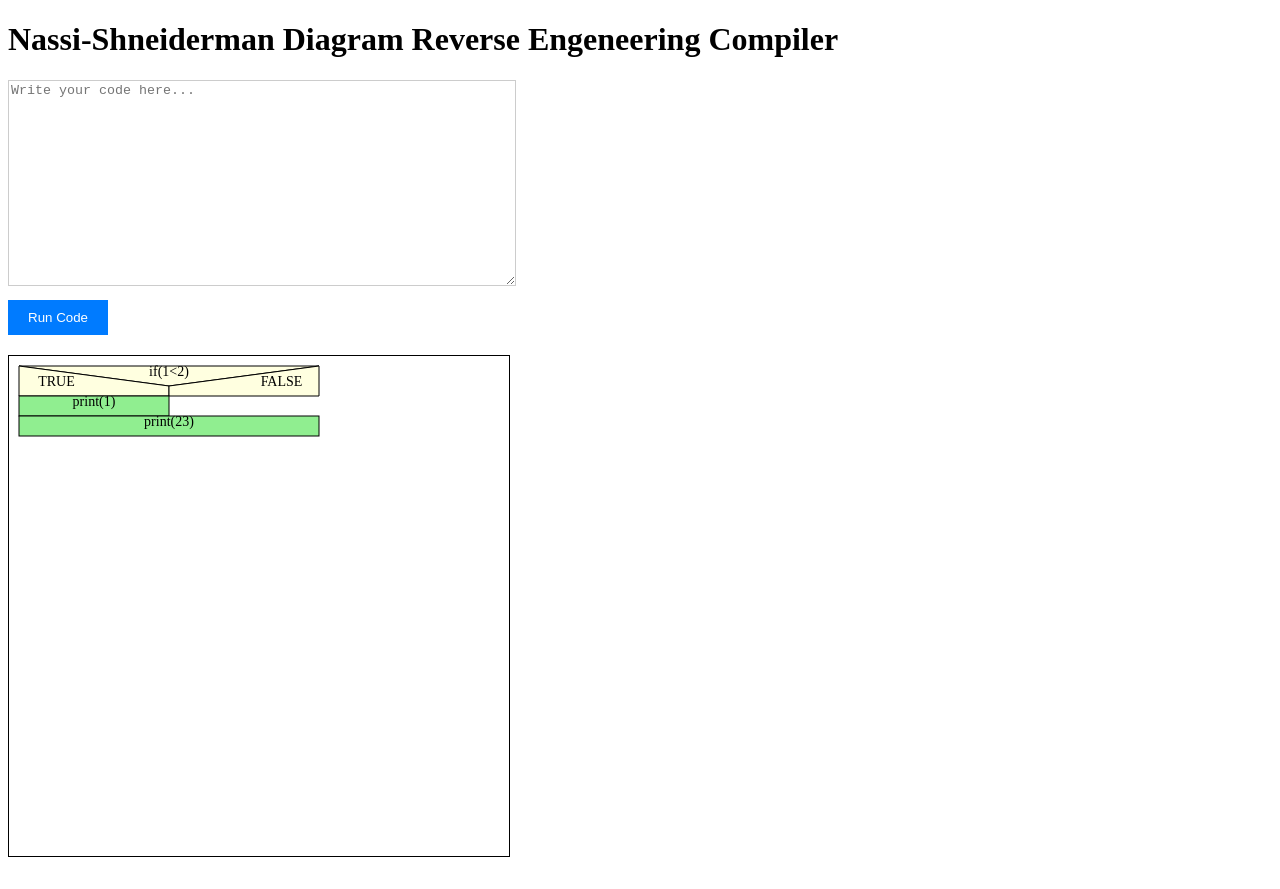
Repository: fabsch225/Nassi-Shneiderman-Compiler
Page: demo.html
These files come from the project's save history. The page is drawn as it stood at one moment and after the next save; the edit follows.
The browser window is 1280 px wide. The pictures show the whole page.

Above is the page before, as saved 2024-05-15 23:47:23.

### demo.html
<!DOCTYPE html>
<html lang="en">
<head>
<meta charset="UTF-8">
<meta name="viewport" content="width=device-width, initial-scale=1.0">
<title>Nassi-Shneiderman Diagram Sequence</title>
<script src="src/nassi_svg_api.js"></script>
<script src="src/compiler.js"></script>
<script src="src/converter.js"></script>
<style>
    svg {
        border: 1px solid black;
        margin: 20px auto;
        width: 500px;
        height: 500px;
    }
    #code-block {
        width: 100%;
        height: 200px;
        border: 1px solid #ccc;
        margin-bottom: 10px;
        resize: vertical;
    }

    #code-button {
        padding: 10px 20px;
        background-color: #007bff;
        color: #fff;
        border: none;
        cursor: pointer;
    }
    #container {
        display: inline-block;
        vertical-align: top; /* Align elements from the top */
    }
</style>
</head>
<body>
<h1>Nassi-Shneiderman Diagram Reverse Engeneering Compiler</h1>
<div id="container">
<div>
<textarea id="code-block" placeholder="Write your code here..."></textarea><br>
<button id="code-button" onclick="runCode()">Run Code</button>
</div>
<svg id="canvas" ></svg>
</div>
<script>
    var svgContainer = document.getElementById('canvas');


    //Manual creation of a Nassi-Shneiderman diagram
    /*svgContainer.innerHTML += createSequenceBlock(10, 10, 300, 50, "Start").svgAppendix;
    var block = createDecisionBlock(10, 60, 300, 100, "Was ist Schwerer", "1 Kg Federn", "1 Kg Gold");
    svgContainer.innerHTML += block.svgAppendix;
    var bounds1 = block.children[0];
    var bounds2 = block.children[1];
    var option1 = createSequenceBlock(bounds1.start_x, bounds1.start_y, bounds1.width, bounds1.height, "Das ist richtig");
    var option2 = createSequenceBlock(bounds2.start_x, bounds2.start_y, bounds2.width, bounds2.height, "Das ist richtig");
    svgContainer.innerHTML += option1.svgAppendix;
    svgContainer.innerHTML += option2.svgAppendix;*/

    // Example usage:
    const code = `
        if (1 < 2) {
            print(1)
        }
        print(23)
    `;
    var svg = convert(10, 10, 300, 50, lex_front(code));
    svgContainer.innerHTML += svg;
</script>
</body>
</html>

### src/nassi_svg_api.js
function createStartEndBlock(x, y, width, height) {
    var h = 20;
    var svgAppendix =  `<rect x="${x}" y="${y}" width="${width}" height="${h}" stroke="black" fill="lightblue" />
        <text x="${x + width / 2}" y="${y + height / 2}" font-size="14px" fill="black" text-anchor="middle">Start</text>`;
    svgAppendix +=  `<rect x="${x}" y="${y + height - h}" width="${width}" height="${h}" stroke="black" fill="lightblue" />
        <text x="${x + width / 2}" y="${y + height / 2}" font-size="14px" fill="black" text-anchor="middle">End</text>`;
    var child = {start_x: x, start_y: y + h, width: width, height: height - 2 * h};

    return {svgAppendix: svgAppendix, children: [child]};
}

function createSequenceBlock(x, y, width, height, content) {
    svgAppendix = `<rect x="${x}" y="${y}" width="${width}" height="${height}" stroke="black" fill="lightgreen" />
        <text x="${x + width / 2}" y="${y + height / 2}" font-size="14px" fill="black" text-anchor="middle">${content}</text>`;
    return {svgAppendix: svgAppendix, children: []};
}

function createDecisionBlock(x, y, width, height, question, answerA, answerB) {
    var h = 20;
    var h_extra = h / 2;
    svgAppendix = `<polygon points="${x},${y} ${x + width},${y} ${x + width / 2},${y + h}" stroke="black" fill="lightyellow" />
        <polygon points="${x},${y} ${x},${y + h + h_extra} ${x + width / 2},${y + h + h_extra} ${x + width / 2},${y + h}" stroke="black" fill="lightyellow" />
        <polygon points="${x + width},${y} ${x + width},${y + h + h_extra} ${x + width / 2},${y + h + h_extra} ${x + width / 2},${y + h}" stroke="black" fill="lightyellow" />
        <text x="${x + width / 2}" y="${y + h / 2}" font-size="14px" fill="black" text-anchor="middle">${question}</text>
        <text x="${x + 7 * width / 8}" y="${y + h}" font-size="14px" fill="black" text-anchor="middle">${answerB}</text>
        <text x="${x + width / 8}" y="${y + h}" font-size="14px" fill="black" text-anchor="middle">${answerA}</text>`;

    childA = {start_x: x, start_y: y + h + h_extra, width: width / 2, height: height - h - h_extra};
    childB = {start_x: x + width / 2, start_y: y + h + h_extra, width: width / 2, height: height - h - h_extra};

    return {svgAppendix: svgAppendix, children: [childA, childB]};
}

// TODO: function createSwitchCaseBlock
// more...

### src/compiler.js
const tokens = ['if']
const branchers = ['{', '}']
const brackets = ['(', ')']

//
// 0: function call
// 1: ifs
// 2: ifs and else

function is_token(s) {
    return tokens.includes(s)
}

function is_token_prefix(s) { //maybe not the correct def of prefix
    if (is_token(s)) {
        return false
    }
    for (let i = 0; i < tokens.length; i++) {
        if (tokens[i].startsWith(s)) {
            return true
        }
    }
    return false
}

function get_arguments(s, i) {
    if (s[i] !== brackets[0]) {
        console.log(s[i])
        throw new Error('Expected (')
    }
    let arguments = ''
    let next_char = ''
    i += 1
    while (next_char !== brackets[1]) {
        arguments += s[i]
        i++
        next_char = s[i]
    }
    return {args: arguments, index: i + 1}
}

function lex_front(s) {
    return lex_back(s.replace(/\s/g, ''));
}

function lex_back(s) {
    console.log("Compiling: " + s)
    let i = 0
    let current_token = ''
    let tokens = []
    while (i < s.length) {
        while (is_token_prefix(current_token)) {
            current_token += s[i]
            i++
        }
        if (is_token(current_token)) {
            if (current_token === 'if') {
                var type = 1
                var branches = []
                var arguments = []

                var current_arguments = get_arguments(s, i)
                i = current_arguments.index

                console.log(current_arguments.args)

                if (s[i] !== branchers[0]) {
                    console.log(s[i])
                    throw new Error('Expected {')
                }
                i += 1
                var branch = ''
                var next_char = ''
                while (next_char !== branchers[1]) {
                    if (i > s.length) {
                        throw new Error('Expected }')
                    }
                    branch += s[i]
                    i++
                    next_char = s[i]
                }
                i += 1
                branches.push(lex_back(branch))
                arguments.push(current_arguments.args)

                while (s.substring(i, i + 6) === 'elseif') {
                    i += 6
                    var current_arguments = get_arguments(s, i)
                    i = current_arguments.index
                    if (s[i] !== branchers[0]) {
                        throw new Error('Expected {')
                    }
                    i += 1
                    var branch = ''
                    var next_char = ''
                    while (next_char !== branchers[1]) {
                        if (i > s.length) {
                            throw new Error('Expected }')
                        }
                        branch += s[i]
                        i++
                        next_char = s[i]
                    }
                    i += 1

                    branches.push(lex_back(branch))
                    arguments.push(current_arguments.args)
                }
                if (s.substring(i, i + 4) === 'else') {
                    type = 2
                    i += 4
                    i += 1
                    var branch = ''
                    var next_char = ''
                    while (next_char !== branchers[1]) {
                        if (i > s.length) {
                            throw new Error('Expected }')
                        }
                        branch += s[i]
                        i++
                        next_char = s[i]
                    }
                    i += 1
                    branches.push(lex_back(branch))
                }

                tokens.push({
                    type: type,
                    name: current_token,
                    arguments: arguments,
                    branches: branches
                })
            }
        }
        else {
            while (s[i] != brackets[0]) {
                if (i > s.length) {
                    throw new Error('Expected (')
                }
                current_token += s[i]
                i++
            }
            var current_arguments = get_arguments(s, i)
            i = current_arguments.index
            tokens.push({
                type: 0,
                name: current_token,
                arguments: [current_arguments.args],
                branches: []
            })
        }
        current_token = ''
    }
    return tokens
}

### src/converter.js
function convert(x, y, width, height, tree) {
    console.log("Converting ", tree)
    let svgAppendix = ''
    //let h = height / tree.length
    let current_y = y
    for (let block of tree) {
        let h = getHeight(block)
        if (block.type == 0) { // sequential statement - function call
            svgAppendix += createSequenceBlock(x, current_y, width, h, block.name + '(' + block.arguments[0] + ')').svgAppendix
            current_y += h
        }
        else if (block.type == 1) { //ifs
            if (block.branches.length != 1) {
                throw new Error('Expected 1 branches, Nassi-Shneiderman diagrams only support single IF or one IF-ELSE statement')
            }
            var sub_block = createDecisionBlock(x, current_y, width, h, block.name + '(' + block.arguments[0] + ')', "TRUE", "FALSE");
            svgAppendix += sub_block.svgAppendix;
            var bounds1 = sub_block.children[0];
            svgAppendix += convert(bounds1.start_x, bounds1.start_y, bounds1.width, bounds1.height, block.branches[0]);
            current_y += h
        }
        else if (block.type == 2) { //ifs and else

        }
    }
    return svgAppendix
}

function getHeight(block) {
    const base_h = 20;
    if (block.type == 0) {
        return base_h
    }
    else {
        var heights = []
        console.log(block)
        for (let branch of block.branches) {
            let current_heigth = 0
            for (let sub_block of branch) {
                current_heigth += getHeight(sub_block)
            }
            heights.push(current_heigth)
        }
        return base_h * 3 / 2 + Math.max(...heights)
    }
}

After the next save:
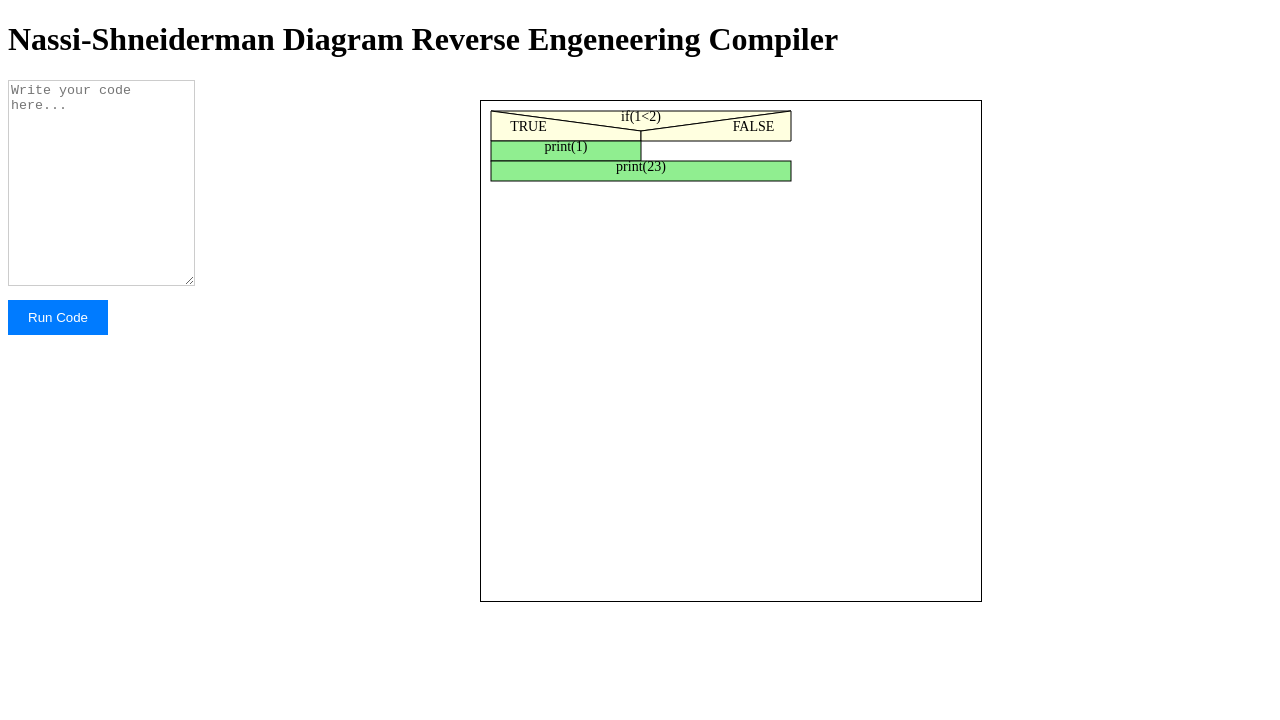
Saved 19 s later.
--- a/demo.html
+++ b/demo.html
@@ -30,7 +30,7 @@
         cursor: pointer;
     }
     #container {
-        display: inline-block;
+        display: flex;
         vertical-align: top; /* Align elements from the top */
     }
 </style>
